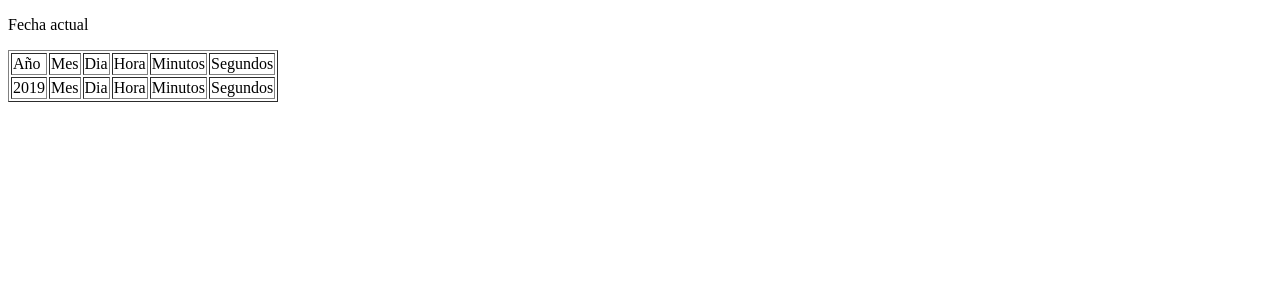
Repository: weertop/2DAW
Page: http://localhost/fechas/calendario.jsp
The author's editor kept a copy of each file at every save. The page is drawn from the files as they stood at one save, then again after the next save.
The browser window is 1280 px wide. The pictures show the whole page.
The page is served by Tomcat 9.

Above is the page before, as saved 2019-10-16 08:14:18.

After the next save:
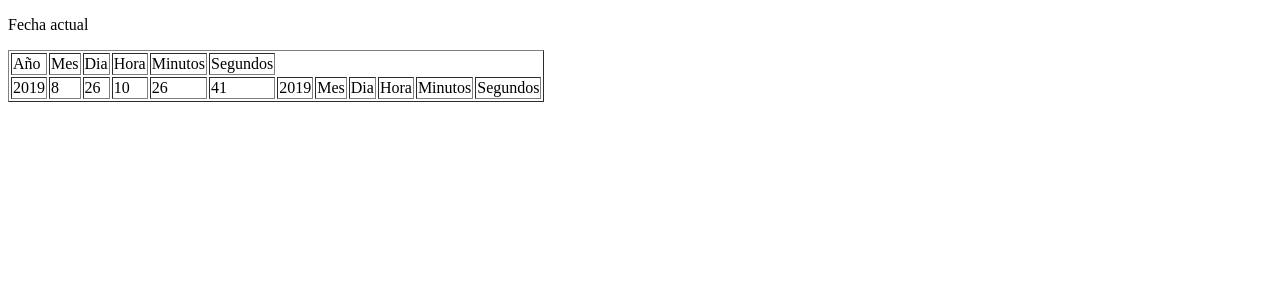
Saved 30 s later.
--- a/DWServidor/eclipse-workspace-photom/fechas/WebContent/calendario.jsp
+++ b/DWServidor/eclipse-workspace-photom/fechas/WebContent/calendario.jsp
@@ -39,7 +39,7 @@ public static int[] sacaCalendar(Calendar f){
 		<%
 			for(int i=0;i<actual.length;i++){
 		%>
-
+			<td><%=actual[i]%></td>
 		<%
 		}
 		%>
